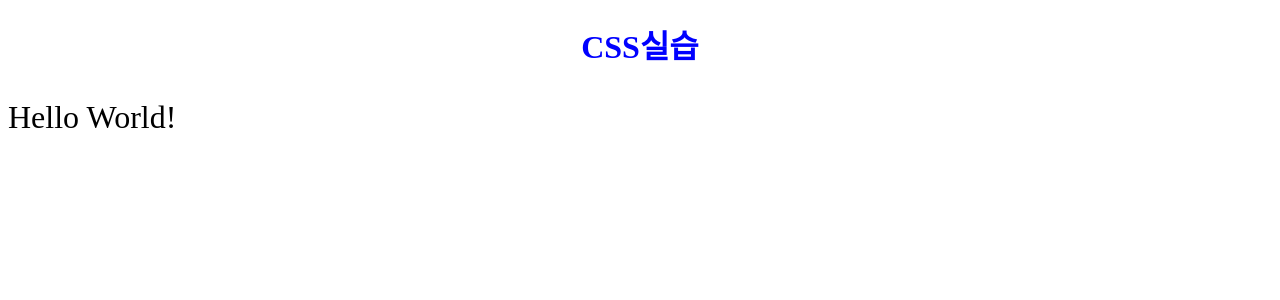
Repository: ashojm/WebWork
Page: Web/first.html
An editor plug-in stored every save of this project. The page is shown before and after the next save, followed by the edit.
The browser window is 1280 px wide. The pictures show the whole page.

Above is the page before, as saved 2015-11-12 16:04:03.

### Web/first.html
<!DOCTYPE html>
<html>
	<head>
		<meta charset="UTF-8">
		<link rel="stylesheet" href="css/base.css"/>
		<style>
			h1{color:blue;text-align:center}
			p{color:black}
		</style>
		<title>제목입니다.</title>
	</head>
	<body>
		<h1>CSS실습</h1>
		<p>
			Hello World!
		</p>

	</body>
</html>

### Web/css/base.css
p {color:red;font-size:200%}

After the next save:
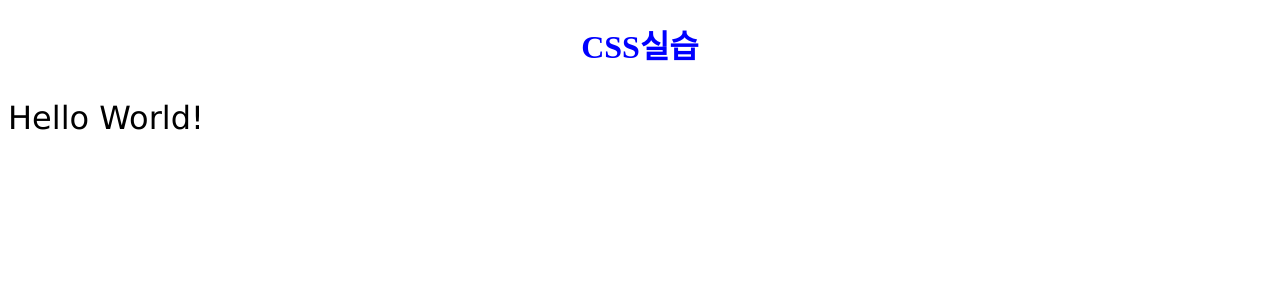
Saved 69 s later.
--- a/Web/css/base.css
+++ b/Web/css/base.css
@@ -1 +1 @@
-p {color:red;font-size:200%}
+p {color:red;font-size:200%;font-family:Verdana}
